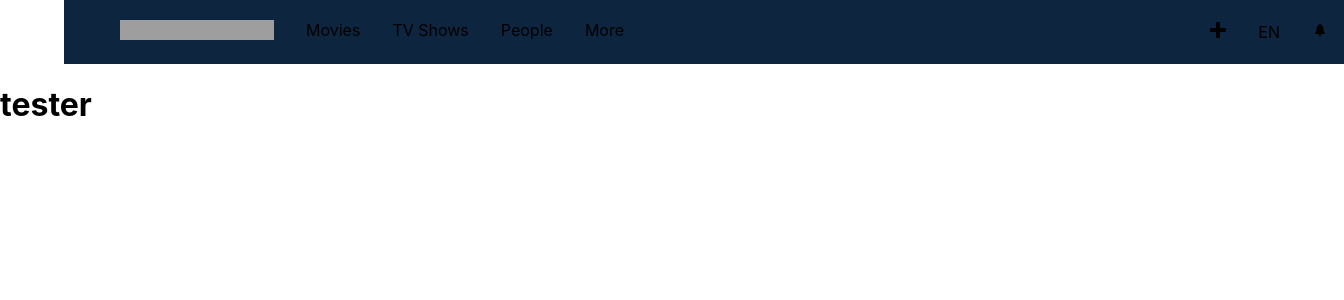
Repository: Fauzaanmhmd/qnpTesFrontend
Page: /
An editor plug-in stored every save of this project. The page is shown before and after the next save, followed by the edit.
The browser window is 1280 px wide. The page is 1344 px wide, then 1280 px, so the pictures cover 1344 px, including what lies to the right of the window. The pictures show the whole page.
Pictures or frames that could not be fetched are drawn as grey boxes. The page's requests for data from a server got no answer. The project was rebuilt for these pictures with package versions that can differ from the ones it lists, and the page was loaded fresh each time. The framework's server and built-in components were replaced by stand-ins that run in the browser. No one was signed in, and anything a server would have sent is missing. Also part of the build but not shown: next.config.js, styles/Moviecard.module.scss, pages/components/Moviecard.tsx.

Above is the page before, as saved 2022-03-17 14:38:46.

### pages/index.tsx
import type { NextPage } from 'next'
import styles from '../styles/Home.module.scss'
import Section from './Section'
import { useEffect, useState } from 'react'
import axios from 'axios'
import MovieCard from './components/Moviecard'
import Youtube from 'react-youtube'
import { ReactNode } from 'react'
import Navbar from './components/Navbar'


const Home: NextPage = () => {

  const MOVIE_API = "https://api.themoviedb.org/3"
  const SEARCH_API = MOVIE_API + "search/movie"
  const BACKDROP_PATH = "https://image.tmdb.org/t/p/w1280"
  const API_KEY = "b3802c15c1569a1a0caa6bee01c6f23e"
  const DISCOVER_API = `${MOVIE_API}/discover/movie`

  const [movie, setMovie] = useState({ title: "Loading Movies" })
  const [trailer, setTrailer] = useState(null)
  const [playing, setPlaying] = useState(false)
  const [movies, setMovies] = useState([])
  const [searchKey, setSearchKey] = useState("")

  useEffect(() => {
    fetchMovies()
  }, [])

  const fetchMovies = async () => {

    const { data } = await axios.get(`${searchKey ? SEARCH_API : DISCOVER_API}`, {
      params: {
        api_key: API_KEY,
        query: searchKey
      }
    })

    console.log(data)
    setMovies(data.results)
  }

  const renderMovies = () => {
    return movies?.map((movie: any) => (
      <MovieCard
        key={movie.id}
        movie={movie}
      />
    ))
  }

  return (
    <div>
      <header>
        <Navbar />
      </header>
      <div>
        <h1>tester</h1>
        <div className={styles.container}>
          {renderMovies()}
        </div>
      </div>
    </div>
  )

}


export default Home

### styles/Home.module.scss
.container {
    display: flex;
    align-items: center;
    flex-wrap: nowrap;
    flex-direction: row;
    margin-top: 8px;
    margin-left: 2rem;
    max-width: 100%;
    overflow-x: auto;
}

### pages/components/Navbar.tsx
import styles from "../../styles/Navbar.module.scss"
import { ImPlus } from "react-icons/im";
import { IoIosNotifications } from "react-icons/io";

const Navbar = () => {
    return (
        <div className={styles.Navbar}>
            <div className={styles.MenuBar}>
                <ul className={styles.NavbarItem}>
                    <li><img src="https://www.themoviedb.org/assets/2/v4/logos/v2/blue_short-8e7b30f73a4020692ccca9c88bafe5dcb6f8a62a4c6bc55cd9ba82bb2cd95f6c.svg" /></li>
                    <li><a>Movies</a>
                        <div className={styles.Submenu}>
                            <ul>
                                <li>Popular</li>
                                <li>Now Playing</li>
                                <li>Upcoming</li>
                                <li>Top Rated</li>
                            </ul>
                        </div>
                    </li>
                    <li><a>TV Shows</a>
                        <div className={styles.Submenu}>
                            <ul>
                                <li>Popular</li>
                                <li>Now Playing</li>
                                <li>Upcoming</li>
                                <li>Top Rated</li>
                            </ul>
                        </div>
                    </li>
                    <li><a>People</a>
                        <div className={styles.Submenu}>
                            <ul>
                                <li>Popular</li>
                            </ul>
                        </div>
                    </li>
                    <li><a>More</a>
                        <div className={styles.Submenu}>
                            <ul>
                                <li>Discussion</li>
                                <li>Leaderbord</li>
                                <li>Support</li>
                                <li>API</li>
                            </ul>
                        </div>
                    </li>
                </ul>
            </div>
            <div className={styles.MenuBar}>
                <ul className={styles.NavbarIcon}>
                    <li><a><ImPlus /></a>
                        <div className={styles.Submenu}>
                            <ul>
                                <li>Add New Movie</li>
                                <li>Add New Movie</li>
                            </ul>
                        </div>
                    </li>
                    <li><a>EN</a>
                        <div className={styles.Submenu}>
                            <ul>
                                <li>Add New Movie</li>
                                <li>Add New Movie</li>
                            </ul>
                        </div>
                    </li>
                    <li><a><IoIosNotifications /></a>
                        <div className={styles.Submenu}>
                            <ul>
                                <li><p>Unread Notifications</p></li>
                            </ul>
                        </div>
                    </li>
                </ul>
            </div>
        </div>
    )
}

export default Navbar

### styles/Navbar.module.scss
@import "./utils/utils.scss";

.Navbar {
    display: flex;
    justify-content: space-between;
    background-color: $darkblue;
    width: 100%;
    height: 4rem;
    align-items: center;
    margin: 0 4rem 0 4rem;
}

.MenuBar {
    text-align: center;
}

.MenuBar ul {
    display: inline-flex;
    list-style: none;
}

.MenuBar ul li {
    padding: 1rem;
}

.NavbarItem {
    display: flex;

    img {
        width: 154px;
        height: 20px;
    }
}

.NavbarIcon {
    display: flex;
    justify-content: center;
}

.Submenu {
    display: none;
}

.MenuBar ul li:hover {
    background: $lightgreen;
    border-radius: 3px;
}

.MenuBar ul li:hover .Submenu {
    display: block;
    position: absolute;
    background-color: $white;
    margin-top: 10px;
    margin-left: -15px;
    width: 13rem;
    cursor: pointer;
}

.MenuBar li a {
    cursor: pointer;
    text-decoration: none;
}

.MenuBar ul li:hover .Submenu ul {
    display: block;
    margin: 10px;
}

.MenuBar ul li:hover .Submenu ul {
    padding: 5px;
    background: transparent;
    text-align: left;
}

### styles/utils/utils.scss
@import "./color.scss";

### styles/utils/color.scss
$lightgreen : #90cea1;
$white: #FFFFFF;
$lightblue: #01b4e4;
$darkblue: #0d253f;

Loaded but not shown: pages/_app.tsx (common file); styles/globals.scss (common file)

After the next save:
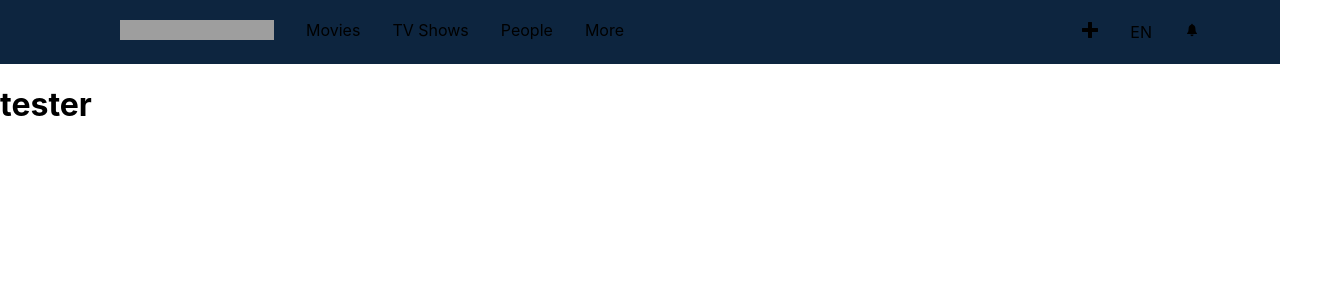
Saved 12 s later.
--- a/styles/Navbar.module.scss
+++ b/styles/Navbar.module.scss
@@ -7,7 +7,7 @@
     width: 100%;
     height: 4rem;
     align-items: center;
-    margin: 0 4rem 0 4rem;
+    padding: 0 4rem 0 4rem;
 }
 
 .MenuBar {
